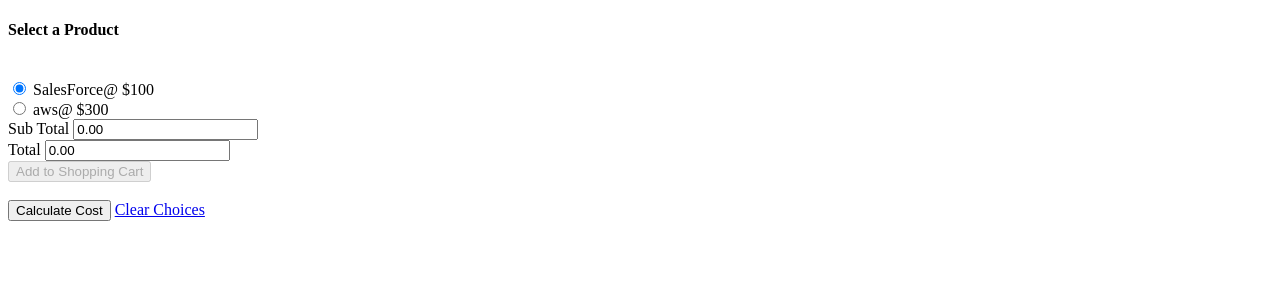
Repository: podgeomahony/is1113117413984
Page: http://localhost/ebusiness/Ebus1.php
The author's editor kept a record of every edit. The page is drawn from the files as they stood at one moment, then again after the next edit.
The browser window is 1280 px wide. The pictures show the whole page.
Some web libraries are served in a nearby version. The page is run by PHP 8.4 with error messages shown; the project is at /var/www/html/.

Above is the page before.

After the next edit:
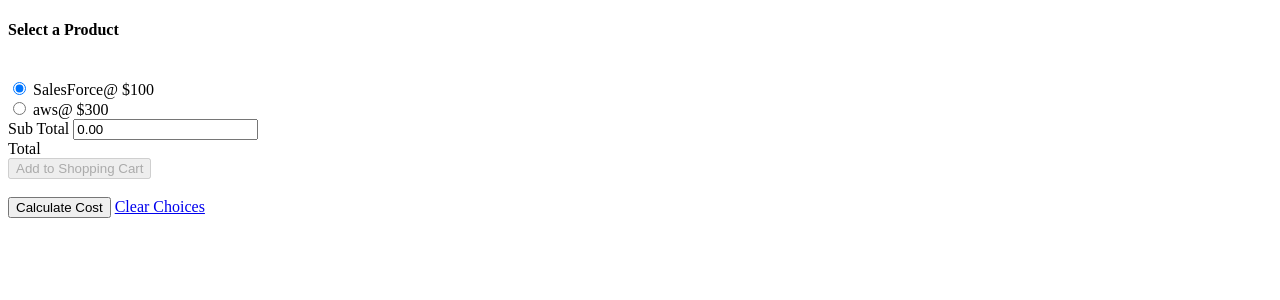
The edit:
--- a/ebusiness/Ebus1.php
+++ b/ebusiness/Ebus1.php
@@ -41,7 +41,7 @@
 
                 <label for="total">
                   Total
-                  <input type="text" id="total" value="0.00" readonly/>
+                  <input type="hidden" id="total" name="total" value="0.00" readonly/>
               </label>
 
               <br/>
@@ -55,7 +55,5 @@
               <a role="button" href="Ebus1.php">Clear Choices</a>
 
 
-
-
-
-        </body>
+            </body>
+            </html>
